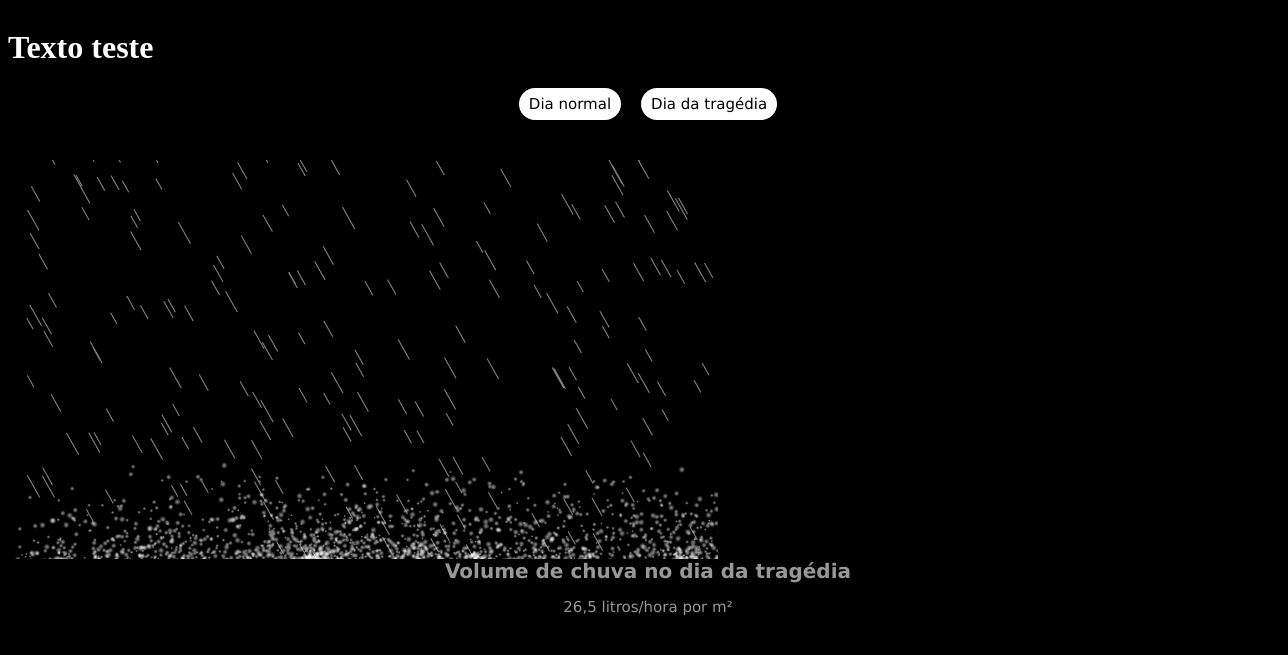
Repository: lucasthaynan/chuvas-estadao
Page: index.html
These files come from the project's save history. The page is drawn as it stood at one moment and after the next save; the edit follows.
The browser window is 1280 px wide. The page is 1288 px wide, so the pictures cover 1288 px, including what lies to the right of the window. The pictures show the whole page.

Above is the page before, as saved 2023-02-24 10:52:12.
Console error: ReferenceError: dat is not defined

After the next save:
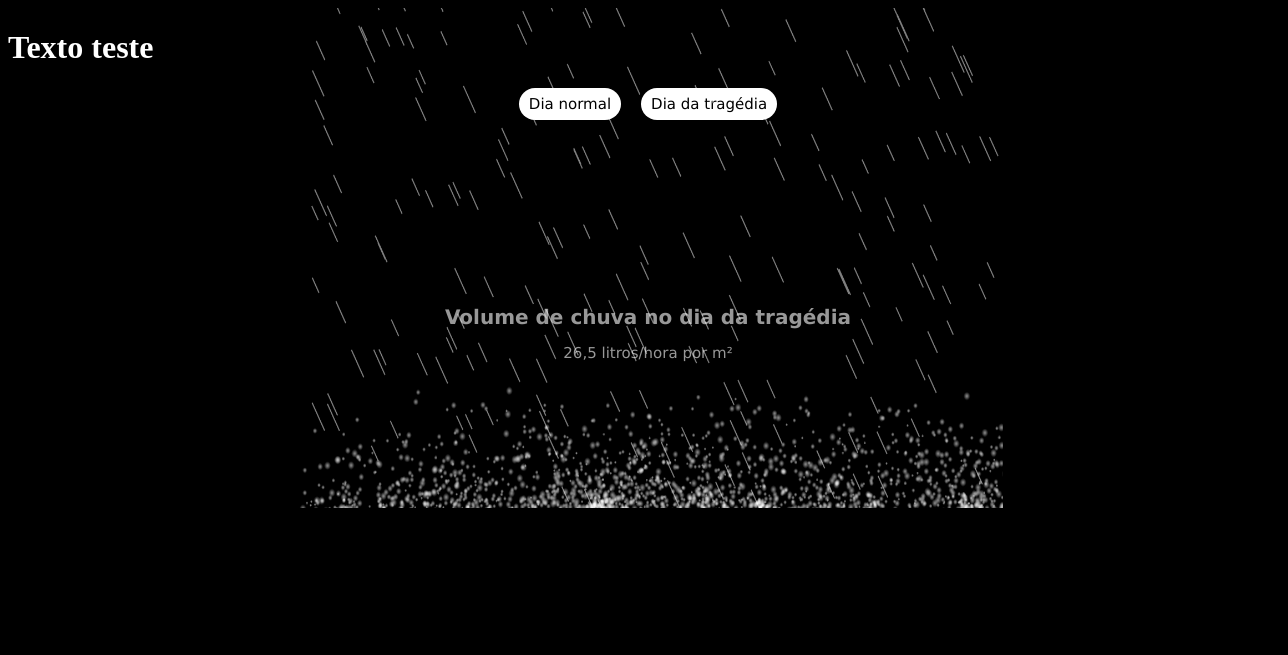
Saved 10 s later.
--- a/style.css
+++ b/style.css
@@ -25,7 +25,10 @@ canvas {
     width: 710px;
     height: 500px;
 
+    left: 50%;
 
+    position: absolute;
+    transform: translateX(-50%);
 
 }
 
